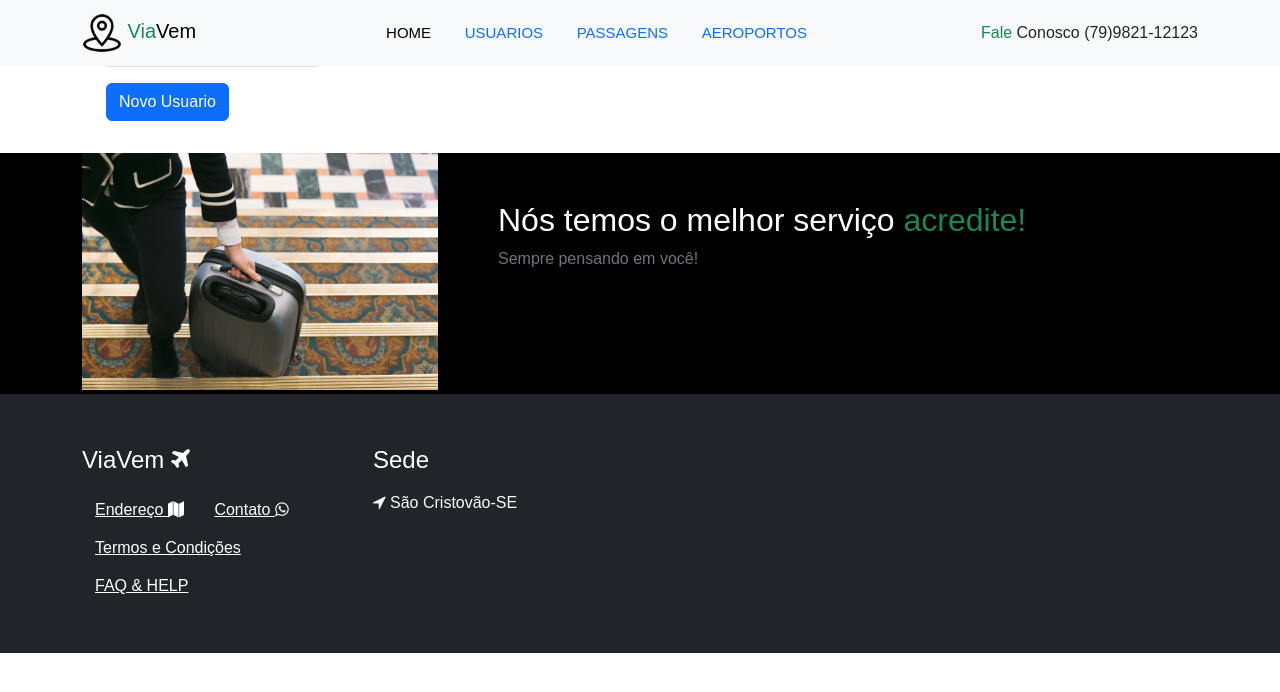
Repository: DavidSaintAnna/Desafio-modulo-4
Page: http://localhost/ViavemMvc/usuario
These files come from the project's save history. The page is drawn as it stood at one moment and after the next save; the edit follows.
The browser window is 1280 px wide. The pictures show the whole page.
Some web fonts or font styles are not loaded; a fallback is used. The page is served by Tomcat 9. Queries for data that is not in the repository find no rows.

Above is the page before, as saved 2023-11-07 22:28:21.
Not found: ViavemMvc/ViavemMvc/script.js

After the next save:
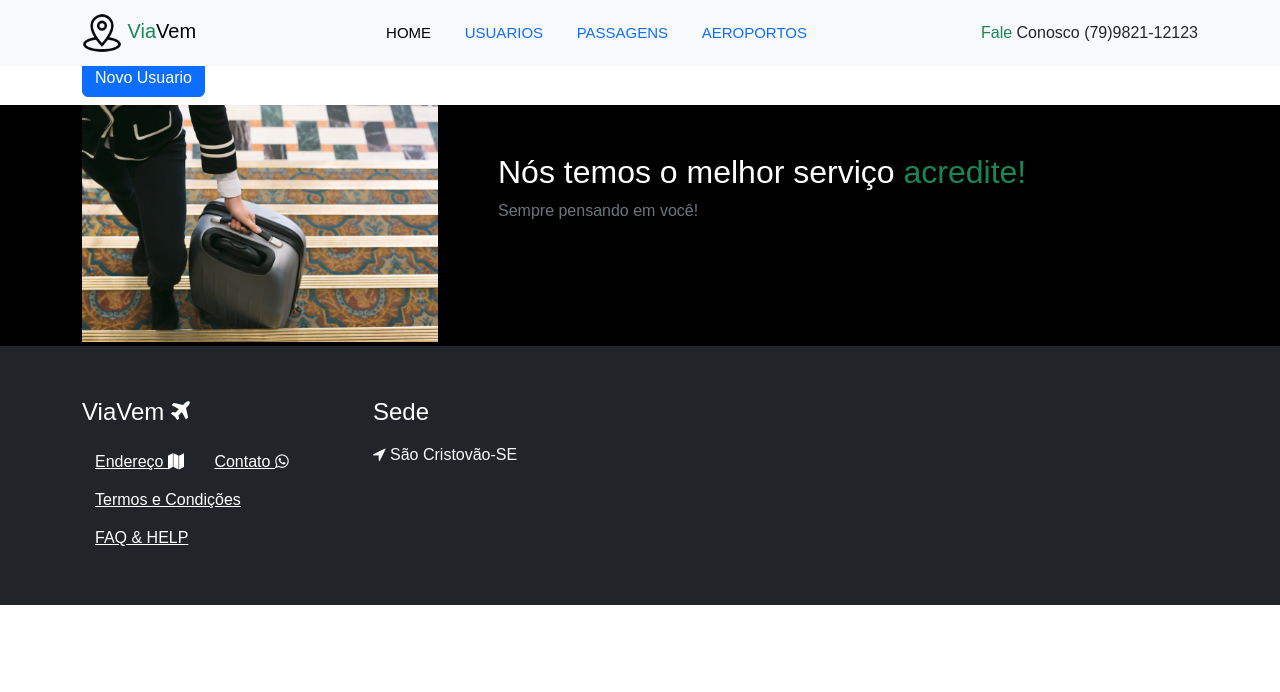
Saved 2 min 26 s later.
--- a/ViavemMvc/src/main/webapp/views/usuarios/index.jsp
+++ b/ViavemMvc/src/main/webapp/views/usuarios/index.jsp
@@ -82,7 +82,7 @@
 <main>
 		<section class="container">
 
-			<div class="p-4">
+			<div>
 
 				<table class="table table-responsive table-hover">
 					<thead class="table-dark">
